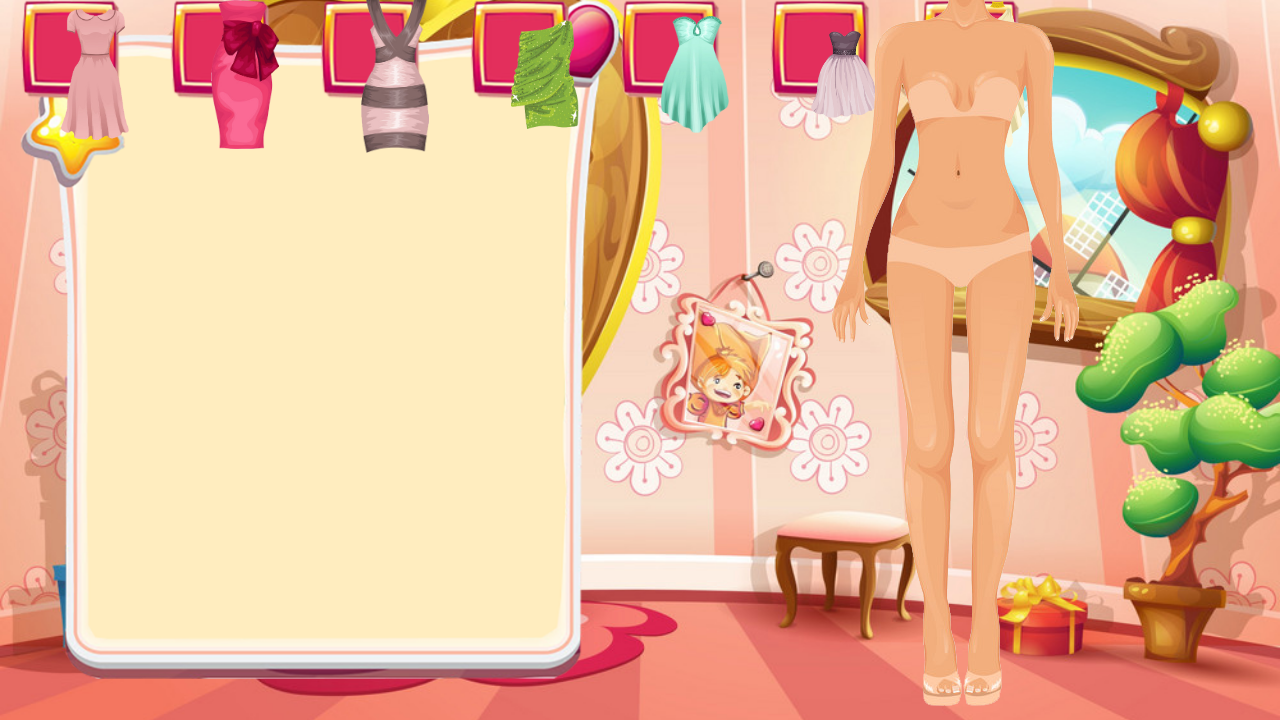
Repository: bunbubam/GameThayDoReactjs_NguyenKhacNghia
Page: /
These files come from the project's save history. The page is drawn as it stood at one moment and after the next save; the edit follows.
The browser window is 1280 px wide. The pictures show the whole page.
The project was rebuilt for these pictures with package versions that can differ from the ones it lists, and the page was loaded fresh each time.

Above is the page before, as saved 2022-03-30 16:07:08.

After the next save:
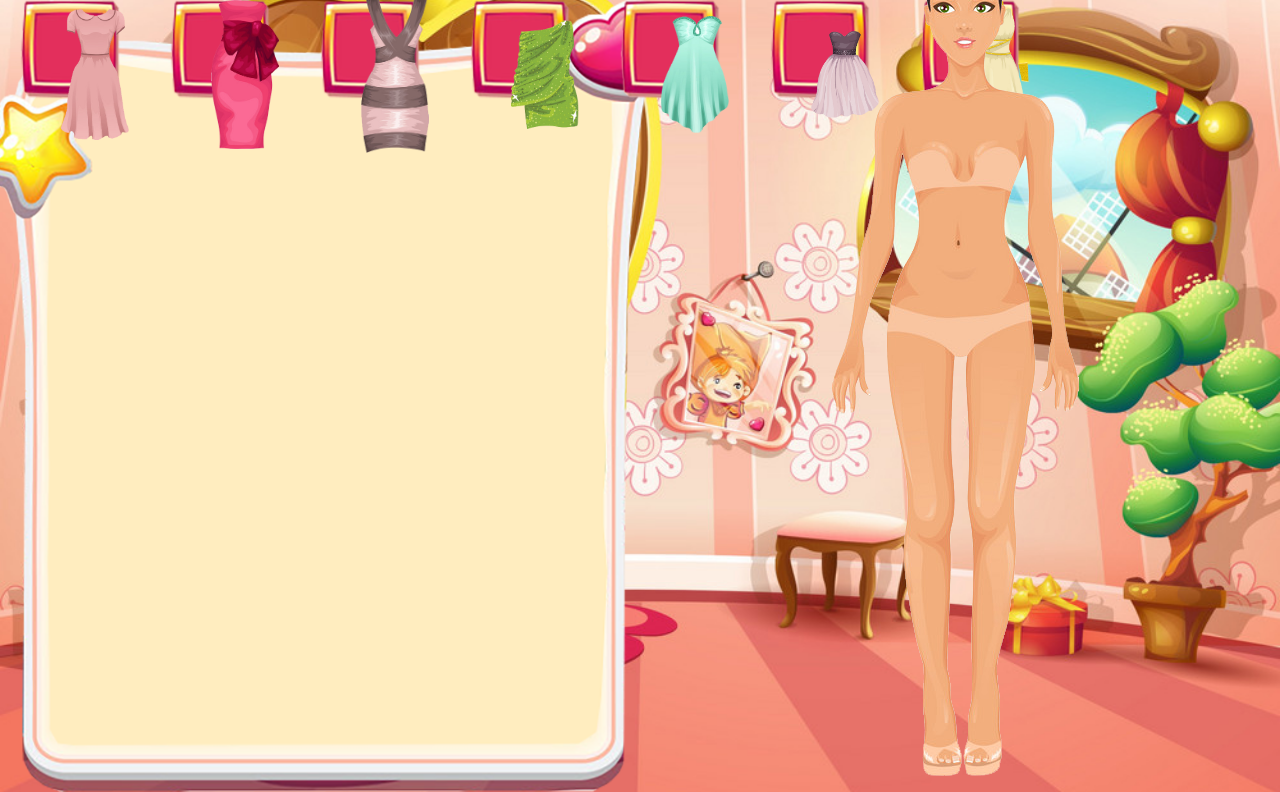
Saved 20 s later.
--- a/src/App.css
+++ b/src/App.css
@@ -13,8 +13,8 @@ body {
     background: url(gamethaydo/images/box.png) no-repeat;
     background-position: 50% 50%;
     background-size: cover;
-    width: 600px;
-    height: 679px;
+    width: 700px;
+    height: 792px;
 }
 .clothing-item {
     background: url(gamethaydo/images/menu.png) no-repeat;
